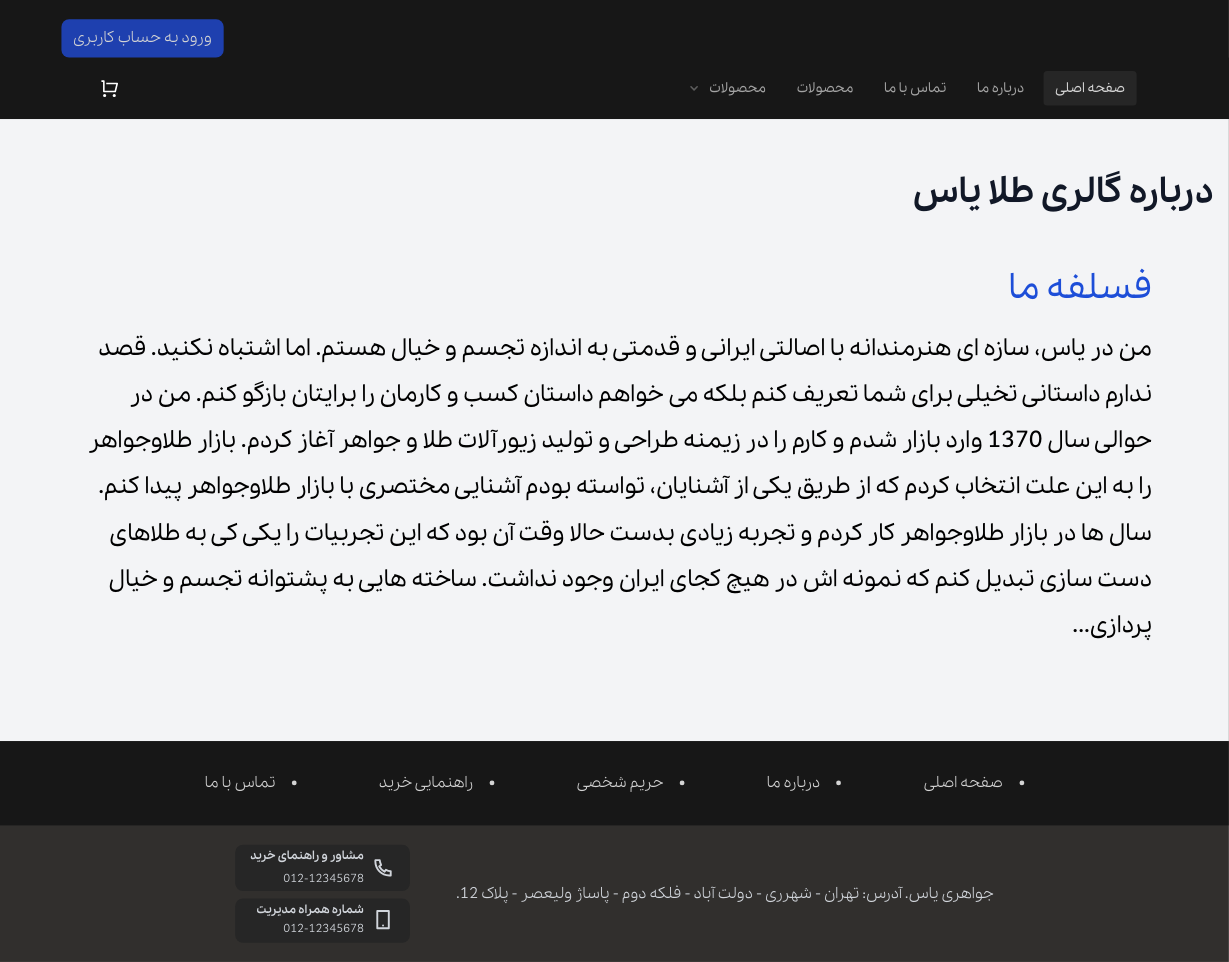
Repository: aliakbarmotallebi/yasgoldgallery-ui
Page: /about
An editor plug-in stored every save of this project. The page is shown before and after the next save, followed by the edit.
The browser window is 1280 px wide. The pictures show the whole page, at 96% of full size.
The project was rebuilt for these pictures with package versions that can differ from the ones it lists, and the page was loaded fresh each time. Also part of the build but not shown: src/components/Brands.jsx, src/components/GridImages.js, src/components/SpecialComments.jsx, src/components/CardProduct.jsx, src/components/SpecialProducts.jsx, src/components/SuggestedProducts.jsx, src/pages/HomePage.jsx, src/pages/NotFound.jsx and 4 more.

Above is the page before, as saved 2023-01-16 12:15:21.

### public/index.html
<!DOCTYPE html>
<html lang="en" dir="rtl">
  <head>
    <meta charset="utf-8" />
    <link rel="icon" href="%PUBLIC_URL%/favicon.ico" />
    <meta name="viewport" content="width=device-width, initial-scale=1" />
    <meta name="theme-color" content="#000000" />
    <meta
      name="description"
      content="Web site created using create-react-app"
    />
    <link rel="apple-touch-icon" href="%PUBLIC_URL%/logo192.png" />
    <!--
      manifest.json provides metadata used when your web app is installed on a
      user's mobile device or desktop. See https://developers.google.com/web/fundamentals/web-app-manifest/
    -->
    <link rel="manifest" href="%PUBLIC_URL%/manifest.json" />
    <!--
      Notice the use of %PUBLIC_URL% in the tags above.
      It will be replaced with the URL of the `public` folder during the build.
      Only files inside the `public` folder can be referenced from the HTML.

      Unlike "/favicon.ico" or "favicon.ico", "%PUBLIC_URL%/favicon.ico" will
      work correctly both with client-side routing and a non-root public URL.
      Learn how to configure a non-root public URL by running `npm run build`.
    -->
    <title>گالری یاس</title>
  </head>
  <body>
    <noscript>You need to enable JavaScript to run this app.</noscript>
    <div id="root"></div>
    <!--
      This HTML file is a template.
      If you open it directly in the browser, you will see an empty page.

      You can add webfonts, meta tags, or analytics to this file.
      The build step will place the bundled scripts into the <body> tag.

      To begin the development, run `npm start` or `yarn start`.
      To create a production bundle, use `npm run build` or `yarn build`.
    -->
  </body>
</html>

### src/index.js
import React from 'react';
import ReactDOM from 'react-dom/client';
import './assets/styles/index.css';
import App from './App';

const root = ReactDOM.createRoot(document.getElementById('root'));
root.render(
  <React.StrictMode>
    <App />
  </React.StrictMode>
);

### src/assets/styles/index.css
@import "./fonts.css";
@tailwind base;
@tailwind components;
@tailwind utilities;


@layer base {
    body {
        @apply font-pelak;
    }
}

### src/App.js
import RouterFunction from "./Router";

function App() {
    //cart
    return (
        <RouterFunction />
    );
}
export default App;

### src/assets/styles/fonts.css
@font-face {
    /* Pelak Thin */
    font-family: "Pelak";
    font-style: normal;
    font-weight: 100;

    src:url('../fonts/pelak/eot/Pelak-Thin.eot'); /* IE9 Compat Modes */
    src:url('../fonts/pelak/eot/Pelak-Thin.eot?#iefix') format('embedded-opentype'), /* IE6-IE8 */
    url('../fonts/pelak/woff2/Pelak-Thin.woff2') format('woff2'), /* Super Modern Browsers */
    url('../fonts/pelak/woff/Pelak-Thin.woff') format('woff'), /* Pretty Modern Browsers */
    url('../fonts/pelak/ttf/Pelak-Thin.ttf') format('truetype'), /* Safari, Android, iOS */
    url('../fonts/pelak/otf/Pelak-Thin.otf') format('opentype');
}

@font-face {
    /* Pelak Light */
    font-family: "Pelak";
    font-style: normal;
    font-weight: 200;

    src:url('../fonts/pelak/eot/Pelak-light.eot');
    src:url('../fonts/pelak/eot/Pelak-light.eot') format('embedded-opentype'),
    url('../fonts/pelak/woff2/Pelak-light.woff2') format('woff2'),
    url('../fonts/pelak/woff/Pelak-light.woff') format('woff'),
    url('../fonts/pelak/ttf/Pelak-light.ttf') format('truetype'),
    url('../fonts/pelak/otf/Pelak-light.otf') format('opentype');
}

@font-face {
    /* Pelak Regular */
    font-family: "Pelak";
    font-style: normal;
    font-weight: 400;

    src:url('../fonts/pelak/eot/Pelak-Regular.eot');
    src:url('../fonts/pelak/eot/Pelak-Regular.eot') format('embedded-opentype'),
    url('../fonts/pelak/woff2/Pelak-Regular.woff2') format('woff2'),
    url('../fonts/pelak/woff/Pelak-Regular.woff') format('woff'),
    url('../fonts/pelak/ttf/Pelak-Regular.ttf') format('truetype'),
    url('../fonts/pelak/otf/Pelak-Regular.otf') format('opentype');
}

@font-face {
    /* Pelak Medium */
    font-family: "Pelak";
    font-style: normal;
    font-weight: 500;

    src:url('../fonts/pelak/eot/Pelak-Medium.eot');
    src:url('../fonts/pelak/eot/Pelak-Medium.eot') format('embedded-opentype'),
    url('../fonts/pelak/woff2/Pelak-Medium.woff2') format('woff2'),
    url('../fonts/pelak/woff/Pelak-Medium.woff') format('woff'),
    url('../fonts/pelak/ttf/Pelak-Medium.ttf') format('truetype'),
    url('../fonts/pelak/otf/Pelak-Medium.otf') format('opentype');
}

@font-face {
    /* Pelak Semi-Bold */
    font-family: "Pelak";
    font-style: normal;
    font-weight: 600;

    src:url('../fonts/pelak/eot/Pelak-SemiBold.eot');
    src:url('../fonts/pelak/eot/Pelak-SemiBold.eot') format('embedded-opentype'),
    url('../fonts/pelak/woff2/Pelak-SemiBold.woff2') format('woff2'),
    url('../fonts/pelak/woff/Pelak-SemiBold.woff') format('woff'),
    url('../fonts/pelak/ttf/Pelak-SemiBold.ttf') format('truetype'),
    url('../fonts/pelak/otf/Pelak-SemiBold.otf') format('opentype');
}

@font-face {
    /* Pelak Bold */
    font-family: "Pelak";
    font-style: normal;
    font-weight: 700;

    src:url('../fonts/pelak/eot/Pelak-Bold.eot');
    src:url('../fonts/pelak/eot/Pelak-Bold.eot') format('embedded-opentype'),
    url('../fonts/pelak/woff2/Pelak-Bold.woff2') format('woff2'),
    url('../fonts/pelak/woff/Pelak-Bold.woff') format('woff'),
    url('../fonts/pelak/ttf/Pelak-Bold.ttf') format('truetype'),
    url('../fonts/pelak/otf/Pelak-Bold.otf') format('opentype');
}

@font-face {
    /* Pelak Extra-Bold */
    font-family: "Pelak";
    font-style: normal;
    font-weight: 800;

    src:url('../fonts/pelak/eot/Pelak-ExtraBold.eot');
    src:url('../fonts/pelak/eot/Pelak-ExtraBold.eot') format('embedded-opentype'),
    url('../fonts/pelak/woff2/Pelak-ExtraBold.woff2') format('woff2'),
    url('../fonts/pelak/woff/Pelak-ExtraBold.woff') format('woff'),
    url('../fonts/pelak/ttf/Pelak-ExtraBold.ttf') format('truetype'),
    url('../fonts/pelak/otf/Pelak-ExtraBold.otf') format('opentype');
}

@font-face {
    /* Pelak Black */
    font-family: "Pelak";
    font-style: normal;
    font-weight: 900;

    src:url('../fonts/pelak/eot/Pelak-Black.eot');
    src:url('../fonts/pelak/eot/Pelak-Black.eot') format('embedded-opentype'),
    url('../fonts/pelak/woff2/Pelak-Black.woff2') format('woff2'),
    url('../fonts/pelak/woff/Pelak-Black.woff') format('woff'),
    url('../fonts/pelak/ttf/Pelak-Black.ttf') format('truetype'),
    url('../fonts/pelak/otf/Pelak-Black.otf') format('opentype');
}

### src/Router.js
import { BrowserRouter, Route, Routes } from "react-router-dom";
import Layout from "./components/Layout";
import AboutPage from "./pages/AboutPage";
import HomePage from "./pages/HomePage";
import NotFound from "./pages/NotFound";
import ListProductsPage from "./pages/ListProductsPage";
import ProductPage from "./pages/ProductPage";

function RouterFunction() {
    return (
      <Layout>
        <BrowserRouter>
            <Routes>
                <Route exact path="/" element={<HomePage />} />
                <Route path="about" element={<AboutPage />} />
                <Route path="products" element={<ListProductsPage />} />
                <Route path="product" element={<ProductPage />} />
                <Route path="*" element={<NotFound />} />
            </Routes>
        </BrowserRouter>
      </Layout>
    );
  }

  export default RouterFunction;

### src/components/Layout.jsx
import Footer from "./Footer";
import Header from "./Header";

const Layout = ({children}) => {
    return (
        <>
            <div
                className="flex flex-col mx-auto w-full min-h-screen bg-[#4d4845] text-neutral-300">
                <Header />
                <main className="flex-grow">
                    {children}
                </main>
                <Footer />
            </div>
        </>
    );
}
export default Layout;

### src/pages/AboutPage.jsx
const AboutPage = () => {
    return (
        <>
            <div className="bg-gray-100 px-4 xl:px-4 py-14">
                <div className="mx-auto container">
                     <h2 className="text-4xl font-bold text-gray-900">
                         درباره گالری طلا یاس
                     </h2>
                </div>

                <div className="text-2xl text-black tracking-normal px-16 py-10 font-medium leading-loose">
                    <h3 className="font-medium text-4xl py-5 text-blue-700">
                        فسلفه ما
                    </h3>

                    من در یاس، سازه ای هنرمندانه با اصالتی ایرانی و قدمتی به اندازه تجسم و خیال هستم. اما اشتباه نکنید.
                    قصد ندارم داستانی تخیلی برای شما تعریف کنم بلکه می خواهم داستان کسب و کارمان را برایتان بازگو کنم.
                     من در حوالی سال 1370 وارد بازار شدم و کارم را در زیمنه طراحی و تولید زیورآلات طلا و جواهر آغاز کردم.
                     بازار طلاوجواهر را به این علت انتخاب کردم که از طریق یکی از آشنایان، تواسته بودم آشنایی مختصری با بازار طلاوجواهر پیدا کنم.
                     سال ها در بازار طلاوجواهر کار کردم و تجربه زیادی بدست
                     حالا وقت آن بود که این تجربیات را یکی کی به طلاهای دست سازی تبدیل کنم که نمونه اش در هیچ کجای ایران وجود نداشت.
                     ساخته هایی به پشتوانه تجسم و خیال پردازی...

                </div>
            </div>
        </>
    );
}

export default AboutPage;

### src/components/Footer.jsx
const Footer = () => {
    return (
        <>
            <footer>
                <div className="bg-neutral-900">
                    <div className="md:w-10/12 lg:w-8/12 m-auto py-8">
                        <ul class="flex flex-wrap items-center justify-between md:flex-nowrap list-disc list-inside">
                            <li>
                                <a href="#" class="hover:text-sky-400 transition whitespace-nowrap">صفحه اصلی</a>
                            </li>
                            <li>
                                <a href="#" class="hover:text-sky-400 transition whitespace-nowrap">
                                    درباره ما
                                </a>
                            </li>
                            <li>
                                <a href="#" class="hover:text-sky-400 transition whitespace-nowrap">
                                    حریم شخصی
                                </a>
                            </li>
                            <li>
                                <a href="#" class="hover:text-sky-400 transition whitespace-nowrap">
                                    راهنمایی خرید
                                </a>
                            </li>
                            <li>
                                <a href="#" class="hover:text-sky-400 transition whitespace-nowrap">تماس با ما</a>
                            </li>
                        </ul>
                    </div>
                </div>

                <div className="bg-neutral-900/50">
                    <div>
                        <div class="flex flex-wrap items-center justify-between md:flex-nowrap">
                            <div class="w-full space-x-12 items-center space-x-reverse flex justify-center text-gray-300 py-5">
                                <div>
                                    جواهری یاس. آدرس: تهران - شهرری - دولت آباد - فلکه دوم - پاساژ ولیعصر - پلاک 12.
                                </div>

                                <ul role="list" class="space-y-2">
                                    <li className="bg-neutral-800 rounded-lg px-4 py-1">
                                        <div className="inline-flex items-center space-x-2 space-x-reverse">
                                            <svg xmlns="http://www.w3.org/2000/svg" class="fill-current" viewBox="0 0 24 24" width="24" height="24"><path fill="none" d="M0 0h24v24H0z" /><path d="M9.366 10.682a10.556 10.556 0 0 0 3.952 3.952l.884-1.238a1 1 0 0 1 1.294-.296 11.422 11.422 0 0 0 4.583 1.364 1 1 0 0 1 .921.997v4.462a1 1 0 0 1-.898.995c-.53.055-1.064.082-1.602.082C9.94 21 3 14.06 3 5.5c0-.538.027-1.072.082-1.602A1 1 0 0 1 4.077 3h4.462a1 1 0 0 1 .997.921A11.422 11.422 0 0 0 10.9 8.504a1 1 0 0 1-.296 1.294l-1.238.884zm-2.522-.657l1.9-1.357A13.41 13.41 0 0 1 7.647 5H5.01c-.006.166-.009.333-.009.5C5 12.956 11.044 19 18.5 19c.167 0 .334-.003.5-.01v-2.637a13.41 13.41 0 0 1-3.668-1.097l-1.357 1.9a12.442 12.442 0 0 1-1.588-.75l-.058-.033a12.556 12.556 0 0 1-4.702-4.702l-.033-.058a12.442 12.442 0 0 1-.75-1.588z" /></svg>
                                            <div className="text-xs text-white-200">
                                                <div className="font-bold mb-2">
                                                    مشاور و راهنمای خرید
                                                </div>
                                                012-12345678
                                            </div>
                                        </div>
                                    </li>
                                    <li className="bg-neutral-800 rounded-lg px-4 py-1">
                                        <div className="inline-flex items-center space-x-2 space-x-reverse">
                                            <svg xmlns="http://www.w3.org/2000/svg" class="fill-current" viewBox="0 0 24 24" width="24" height="24"><path fill="none" d="M0 0h24v24H0z" /><path d="M7 4v16h10V4H7zM6 2h12a1 1 0 0 1 1 1v18a1 1 0 0 1-1 1H6a1 1 0 0 1-1-1V3a1 1 0 0 1 1-1zm6 15a1 1 0 1 1 0 2 1 1 0 0 1 0-2z" /></svg>
                                            <div className="text-xs text-white-200">
                                                <div className="font-bold mb-1">
                                                    شماره همراه مدیریت
                                                </div>
                                                012-12345678
                                            </div>
                                        </div>
                                    </li>
                                </ul>
                            </div>
                        </div>
                    </div>
                </div>

            </footer>
        </>
        );
    };
export default Footer;

### src/components/Header.jsx
import React, { useState } from "react";
import { Link } from "react-router-dom";
import Modal from "./Modal";

const Header = ({ children }) => {
  const [showModal, setShowModal] = useState(false);

  const openModal = () => {
    setShowModal((prev) => !prev);
  };

  return (
    <>
      <div className="bg-neutral-900 w-full">
        <div className="flex justify-between container xl:max-w-6xl mx-auto pt-5 flex-none items-center">
          <div className="w-8 h-5"></div>

          <div>
            <button
              onClick={openModal}
              className="inline-flex rounded-lg bg-blue-800 px-3 py-2"
            >
              ورود به حساب کاربری
            </button>
            <Modal
              showModal={showModal}
              setShowModal={setShowModal}
              title="ورود به حساب کاربری"
            >
              <div class="px-8 py-5 text-right text-gray-900">
              <div class="flex justify-center">

              <svg xmlns="http://www.w3.org/2000/svg" class="w-20 h-20 fill-blue-600" viewBox="0 0 24 24" width="24" height="24"><path fill="none" d="M0 0h24v24H0z"/><path d="M10 11V8l5 4-5 4v-3H1v-2h9zm-7.542 4h2.124A8.003 8.003 0 0 0 20 12 8 8 0 0 0 4.582 9H2.458C3.732 4.943 7.522 2 12 2c5.523 0 10 4.477 10 10s-4.477 10-10 10c-4.478 0-8.268-2.943-9.542-7z"/></svg>

        </div>
                <h3 class="text-2xl font-bold text-center">
                ورود به حساب کاربری
                </h3>

                <div class="mt-4">
                  <div>
                    <label class="block" for="email">
                      نام کاربری
                    </label>
                    <input
                      type="text"
                      class="w-full px-4 py-2 mt-2 border rounded-md focus:outline-none focus:ring-1 focus:ring-blue-600"
                    />
                  </div>
                  <div class="mt-4">
                    <label class="block">
                      گذرواژه
                    </label>
                    <input
                      type="password"
                      class="w-full px-4 py-2 mt-2 border rounded-md focus:outline-none focus:ring-1 focus:ring-blue-600"
                    />
                  </div>
                  <div class="flex items-baseline justify-between">
                    <button class="px-6 py-2 mt-4 text-white bg-blue-600 rounded-lg hover:bg-blue-900">
                      ورود به حساب
                    </button>
                    <button onClick={openModal} class="text-sm text-gray-700 underline">
                      انصراف
                    </button>
                  </div>
                </div>
              </div>
            </Modal>
          </div>
        </div>
        <header className="flex flex-none items-center h-16 bg-neutral-900 shadow-sm top-0 right-0 left-0 z-30">
          <div className="flex justify-between container xl:max-w-6xl mx-auto px-4 lg:px-8">
            <div class="flex items-center space-x-2 space-x-reverse">
              <nav className="hidden lg:flex lg:items-center lg:space-x-2 text-sm lg:space-x-reverse">
                <a
                  href="/"
                  className="font-medium flex items-center space-x-2 px-3 py-2 rounded text-neutral-300 bg-neutral-800"
                >
                  صفحه اصلی
                </a>
                <a
                  href="/about"
                  className="font-medium flex items-center space-x-2 px-3 py-2 rounded text-neutral-400 hover:text-neutral-300 hover:bg-neutral-800"
                >
                  درباره ما
                </a>
                <a
                  href="javascript:void(0)"
                  className="font-medium flex items-center space-x-2 px-3 py-2 rounded text-neutral-400 hover:text-neutral-300 hover:bg-neutral-800"
                >
                  تماس با ما
                </a>
                <a
                  href="/products"
                  className="font-medium flex items-center space-x-2 px-3 py-2 rounded text-neutral-400 hover:text-neutral-300 hover:bg-neutral-800"
                >
                  محصولات
                </a>
                <button
                  type="button"
                  class="text-sm font-medium inline-flex justify-center items-center space-x-2 space-x-reverse px-3 py-2 rounded text-neutral-400 hover:text-neutral-300 hover:bg-neutral-800 focus:outline-none focus:ring"
                  id="tk-dropdown-layouts-user"
                >
                  <span>محصولات</span>
                  <svg
                    class="hi-solid hi-chevron-down inline-block w-4 h-4 opacity-50"
                    fill="currentColor"
                    viewBox="0 0 20 20"
                    xmlns="http://www.w3.org/2000/svg"
                  >
                    <path
                      fill-rule="evenodd"
                      d="M5.293 7.293a1 1 0 011.414 0L10 10.586l3.293-3.293a1 1 0 111.414 1.414l-4 4a1 1 0 01-1.414 0l-4-4a1 1 0 010-1.414z"
                      clip-rule="evenodd"
                    ></path>
                  </svg>
                </button>
              </nav>
            </div>

            <div>
              <div class="relative inline-block">
                <button class="py-2 rounded px-2 hover:bg-white/20 transition duration-200 text-white">
                  <svg
                    xmlns="http://www.w3.org/2000/svg"
                    class="w-5 h-5 fill-current"
                    viewBox="0 0 24 24"
                    width="24"
                    height="24"
                  >
                    <path fill="none" d="M0 0h24v24H0z" />
                    <path d="M4 16V4H2V2h3a1 1 0 0 1 1 1v12h12.438l2-8H8V5h13.72a1 1 0 0 1 .97 1.243l-2.5 10a1 1 0 0 1-.97.757H5a1 1 0 0 1-1-1zm2 7a2 2 0 1 1 0-4 2 2 0 0 1 0 4zm12 0a2 2 0 1 1 0-4 2 2 0 0 1 0 4z" />
                  </svg>
                </button>
              </div>
            </div>
          </div>
        </header>
      </div>
    </>
  );
};

export default Header;

### src/components/Modal.jsx
import React, { useRef, useEffect, useCallback } from "react";

const Modal = ({ title, showModal, setShowModal, children }) => {
  const keyPress = useCallback(
    (e) => {
      if (e.key === "Escape" && showModal) {
        setShowModal(false);
        console.log("I pressed");
      }
    },
    [setShowModal, showModal]
  );

  useEffect(() => {
    document.addEventListener("keydown", keyPress);
    return () => document.removeEventListener("keydown", keyPress);
  }, [keyPress]);

  return (
    <>
      {showModal ? (
        <div onClick={() => setShowModal(false) }className="fixed top-0 left-0 right-0 z-50 w-full p-4 overflow-x-hidden overflow-y-auto md:inset-0 h-modal md:h-full bg-black/90">
          <div className="flex justify-center items-center h-full">
            <div className="relative w-full h-full max-w-2xl md:h-auto">
              <div className="relative bg-white rounded-lg shadow dark:bg-gray-700">
                <div className="p-6 space-y-6">{children}</div>
              </div>
            </div>
          </div>
        </div>
      ) : null}
    </>
  );
};

export default Modal;

### tailwind.config.js
/** @type {import('tailwindcss').Config} */

module.exports = {
  content: [
    "./src/**/*.{js,jsx,ts,tsx}",
  ],
  theme: {
    extend: {
      fontFamily: {
        'pelak': ['Pelak'],
      }
    }
  },
  plugins: [],
}

After the next save:
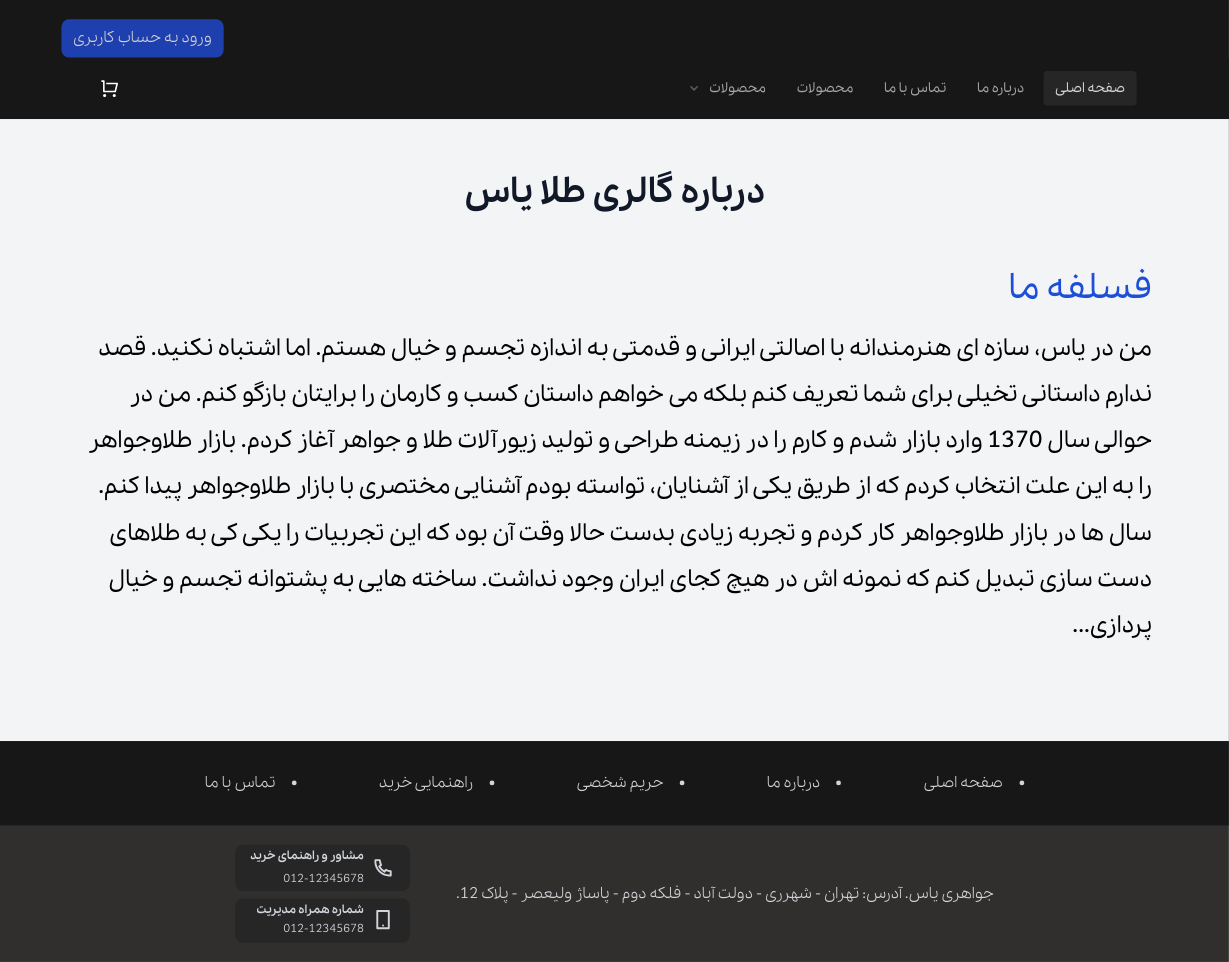
Saved 26 s later.
--- a/src/pages/AboutPage.jsx
+++ b/src/pages/AboutPage.jsx
@@ -2,7 +2,7 @@ const AboutPage = () => {
     return (
         <>
             <div className="bg-gray-100 px-4 xl:px-4 py-14">
-                <div className="mx-auto container">
+                <div className="mx-auto container text-center">
                      <h2 className="text-4xl font-bold text-gray-900">
                          درباره گالری طلا یاس
                      </h2>
